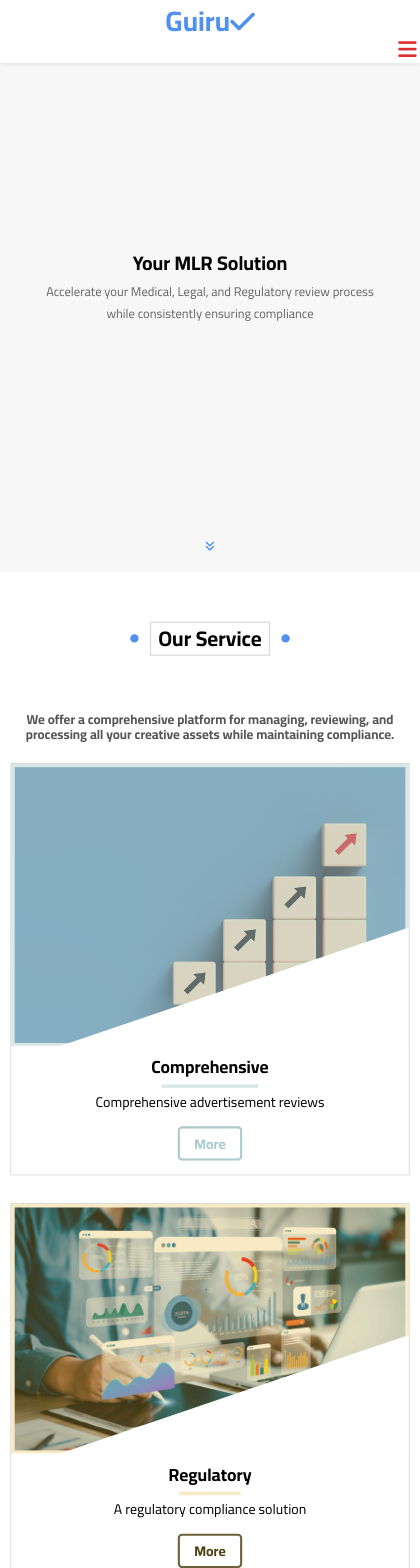
Repository: AsmaaAlothman/Templet-1-website
Page: home.html
An editor plug-in stored every save of this project. The page is shown before and after the next save, followed by the edit.
The browser window is 600 px wide. The pictures show the part of the page from y = 0 to 2240 px (the page is 5230 px tall before and 5200 px after), at 70% of full size.

Above is the page before, as saved 2024-08-31 13:53:00.

### home.html
<!DOCTYPE html>
<html lang="en">

<head>
    <meta charset="UTF-8" />
    <meta name="viewport" content="width=device-width, initial-scale=1.0" />
    <title>Guiru test</title>
    <!-- Render all elements normally-->
    <link rel="stylesheet" href="css/normalize.css" />
    <!-- Font Awesome library-->
    <link rel="stylesheet" href="css/all.min.css" />
    <link rel="preconnect" href="https://fonts.googleapis.com" />
    <!--Google Fonts Cairo-->
    <link href="https://fonts.googleapis.com/css2?family=Cairo:wght@200..1000&family=Work+Sans:ital,wght@0,100..900;1,100..900&display=swap" rel="stylesheet" />
    <!--Main template css file -->
    <link rel="stylesheet" href="css/home.css" />
</head>

<body>
    <!-- Start header -->
    <div class="header" id="header">
        <div class="container">

            <a href="#" class="logo"> Guiru <i class="fa-solid fa-check"></i></a>
            <label for="check" class="check-btn">
              <i class="fa-solid fa-bars"></i>
            </label>
            <ul class="main_nav">
                <li>
                    <a href="#partner_with_us" class="partner_with_us">partner with us</a>
                </li>
                <li><a href="#about-us">About Us</a></li>
                <li><a href="#contact-us">Contact Us</a></li>
                <li><a href="#login">Login</a></li>
                <li><a href="#home">Home</a></li>
            </ul>

        </div>
    </div>
    <!-- End header -->
    <!-- Start Landing -->
    <div class="landing">
        <div class="container">
            <div class="text">
                <h1>Your MLR Solution</h1>
                <p>
                    Accelerate your Medical, Legal, and Regulatory review process while consistently ensuring compliance
                </p>
            </div>
            <div class="image">
                <img src="images/landing_image2.jpg" alt="landing_image2" />
            </div>
        </div>
        <a href="#about-us" class="go_down">
            <i class="fa-solid fa-angles-down"></i>
        </a>
    </div>
    <!-- End Landing -->
    <!-- Start Service -->
    <div class="service" id="service">
        <h2 class="main-title">Our Service</h2>

        <h3>
            We offer a comprehensive platform for managing, reviewing, and processing all your creative assets while maintaining compliance.
        </h3>

        <div class="container">
            <div class="box comprehensive">
                <div class="img-holder">
                    <img src="images/service-image1.jpg" alt="" />
                </div>
                <h2>Comprehensive</h2>
                <p>Comprehensive advertisement reviews</p>
                <a href="#">More</a>
            </div>
            <div class="box regulatory">
                <div class="img-holder">
                    <img src="images/service-image2.jpg" alt="" />
                </div>
                <h2>Regulatory</h2>
                <p>A regulatory compliance solution</p>
                <a href="#">More</a>
            </div>
            <div class="box guidance">
                <div class="img-holder">
                    <img src="images/service-image3.jpg" alt="" />
                </div>
                <h2>Guidance</h2>
                <p>Guidance to improve advertisement effectiveness</p>
                <a href="#">More</a>
            </div>
        </div>
    </div>
    <!-- End service -->
    <!-- Start About US Section -->
    <div class="about-us" id="about-us">
        <div class="container">
            <h2 class="main-title">About Us</h2>
            <h3>
                At Guiru, we are dedicated to offering the best solutions for your MLR needs. Our team will ensure you campaigns meet all necessary regulations needs and achieve maximum impact.
            </h3>
            <div class="box">
                <div class="details">
                    <img src="images/about-us.png" alt="about-us" />
                </div>
            </div>
        </div>
    </div>
    <!-- End About US Section -->

    <!-- Start Our Value Section -->
    <div class="our-value" id="our-value">
        <h2 class="main-title">Our Value</h2>
        <div class="container">
            <img src="images/our-values.jpg" alt="" class="image" style="width: 600px; height: 400px" />
            <div class="info">
                <div class="box">
                    <img src="images/our-values2.png" alt="" />
                    <div class="text">
                        <h3>Integrity</h3>
                        <p>
                            We uphold the highest standards of integrity in all our actions.
                        </p>
                    </div>
                </div>
                <div class="box">
                    <img src="images/our-values3.png" alt="" />
                    <div class="text">
                        <h3>Excellence</h3>
                        <p>We strive for excellence in everything we do.</p>
                    </div>
                </div>
                <div class="box">
                    <img src="images/our-values4.png" alt="" />
                    <div class="text">
                        <h3>Innovation</h3>
                        <p>
                            We encourage innovation to meet challenges and improve our services.
                        </p>
                    </div>
                </div>
            </div>
        </div>
    </div>
    <!-- End Our value Section -->

    <!-- Start Footer -->
    <div class="footer" id="footer">
        <div class="container">
            <img src="images/logo-Guiru.png" alt="logo-footer" />
            <div class="footer-links">
                <a href="#about-us"><i class="fa-regular fa-address-card"> About Us </i></a
          >
          <a href="#contact-us"
            ><i class="fa-solid fa-headset"> Contact Us </i>
          </a>
                <a href="#privacy-policy"><i class="fa-solid fa-arrow-right-to-bracket"> Privacy Policy </i>
          </a>
            </div>
            <p class="copyright">
                &copy; 2024 <span>Guiru</span> All rights reserved.
            </p>
        </div>
    </div>
    <!-- End Footer -->
</body>

</html>

### css/home.css
/* Start global rules : */

* {
    -webkit-box-sizing: border-box;
    -moz-box-sizing: border-box;
    box-sizing: border-box;
    padding: 0px;
    margin: 0px;
}

html {
    scroll-behavior: smooth;
}

:root {
    --main-color: #4f91ed;
    --main-color-alt: #125bc2bd;
    --hover-main-color: #c5c9cf23;
    --icon-color-hover: #accef577;
    --main-transition: 0.3s;
    --main-padding-top: 70px;
    --main-padding-bottom: 70px;
    --second-section-background-color: #d2d7d831;
    --main-section-background-color: white;
    --footer-background-color: rgba(46, 69, 92, 0.486);
    --paragraph-text-color: #555;
    --main-box-shadow: 0 12px 20px 0 rgba(0, 0, 0, 0.048), 0 2px 4px 0 rgb(0 0 0/12%);
}

body {
    font-family: "Cairo", sans-serif;
    /* font-family: "Work Sans", sans-serif;*/
}

a {
    text-decoration: none;
}

ul {
    list-style: none;
}


/* End global rules  */

.parent {
    background-color: #eee;
}

.container {
    padding-left: 15px;
    padding-right: 15px;
    margin-left: auto;
    margin-right: auto;
    /* background-color: #ececec; */
}

img {
    /* padding-left: 15px;
    padding-right: 15px; */
    margin-left: auto;
    margin-right: auto;
    display: block;
    /* background-color: var(--main-color); */
}


/* Start media query  */

@media (min-width: 768px) {
    .container {
        width: 970px;
    }
}

@media (min-width: 992px) {
    .container {
        width: 970px;
    }
}

@media (min-width: 1200px) {
    .container {
        width: 1170px;
    }
}


/* End media query  */


/* Start Style Main title */

.main-title {
    margin: 0 auto 80px;
    border: 2px solid #e1dcdc;
    padding: 5px 10px;
    font-size: 30px;
    width: fit-content;
    position: relative;
    z-index: 1;
    transition: var(--main-transition);
}

.main-title::after,
.main-title::before {
    content: "";
    width: 12px;
    height: 12px;
    background-color: var(--main-color);
    position: absolute;
    border-radius: 50%;
    top: 50%;
    transform: translateY(-50%);
}

.main-title::after {
    right: -30px;
}

.main-title::before {
    left: -30px;
}

.main-title:hover::before {
    z-index: -1;
    animation: left-move 0.3s linear forwards;
}

.main-title:hover::after {
    z-index: -1;
    animation: right-move 0.3s linear forwards;
}

.main-title:hover {
    color: white;
    border: 2px solid white;
    transition-delay: 0.2s;
}


/* End Style Main title */


/* Start header */

.header {
    background-color: white;
    position: relative;
    -webkit-box-shadow: 0 0 10px#ddd;
    -moz-box-shadow: 0 0 10px#ddd;
    box-shadow: 0 0 10px#ddd;
}

.header .container {
    display: flex;
    background-color: white;
    justify-content: space-between;
    align-items: center;
    flex-wrap: wrap;
    position: relative;
}

.header .logo {
    color: var(--main-color);
    font-size: 40px;
    font-weight: bold;
    /*  height: 72px; للحفاظ على ارتفاع الهيدر حتى لو اختلف حجم المين  */
    height: 72px;
    display: flex;
    justify-content: center;
    align-items: center;
}


/* start responsive media for logo selector : */

@media (max-width: 767px) {
    .header .logo {
        width: 100%;
        height: 50px;
    }
}


/*end responsive media for logo selector : */

.header .main_nav {
    display: flex;
}


/* start responsive media for main_nav selector : */

.header .main_nav>li>a {
    height: 80px;
    letter-spacing: 2px;
    font-size: 20px;
    display: flex;
    justify-content: center;
    align-items: center;
    position: relative;
    color: black;
    padding: 0px 25px;
    transition: var(--main-transition);
    overflow: hidden;
}


/* start responsive media for li > a selector : */

@media (max-width: 767px) {
    .header .main_nav>li>a {
        padding: 10px;
        height: 40px;
        font-size: 14px;
    }
}

@media (max-width: 767px) {
    .header .main_nav {
        flex-direction: column;
        gap: 0;
        padding: 5px;
        margin: auto;
    }
}

.check-btn {
    font-size: 30px;
    color: rgb(223, 46, 46);
    cursor: pointer;
    display: none;
}

@media (max-width: 767px) {
    .check-btn {
        display: flex;
        po
        /* margin-bottom: 20px; */
    }
    .header .main_nav {
        display: none;
    }
    .header .container {
        display: flex;
        margin-right: 0;
        padding: 5px;
        justify-content: end;
    }
}


/* End header */


/* Start Landing */

.landing {
    position: relative;
    background-color: var(--second-section-background-color);
}

.landing .container {
    min-height: calc(100vh - 72px);
    display: flex;
    align-items: center;
    padding-bottom: 75px;
}

.landing .text {
    flex: 1;
}

@media (max-width: 991px) {
    .landing .text {
        text-align: center;
    }
}

.landing .text h1 {
    font-size: 37px;
    margin: 0;
    letter-spacing: 0px;
}


/*start response mobile screen size */

@media (max-width: 767px) {
    .landing .text h1 {
        font-size: 28px;
    }
}


/*end response mobile screen size */

.landing .text p {
    font-size: 22px;
    margin: 5px 0 0;
    line-height: 1.7;
    color: #666;
    max-width: 500px;
}

@media (max-width: 991px) {
    .landing .text p {
        margin: 10px auto;
    }
}


/*start response mobile screen size */

@media (max-width: 767px) {
    .landing .text p {
        font-size: 18px;
    }
}


/*end response mobile screen size */

.landing .image img {
    position: relative;
    width: 400px;
    /* وحطينا زمن 5 ثواني يروح ويرجع up-and-down الانيميشن هون سميتو ع كيفي  */
    /* الانيميشن بعتمد عالبوزشن لازم يكون ريليتف */
    /* بننزل بننشئ الانيميشن تحت بنفس هاد الاسم  */
    animation: up-and-down 5s linear infinite;
}

@media (max-width: 991px) {
    .landing .image {
        display: none;
    }
}

.landing .go_down {
    color: var(--main-color);
    position: absolute;
    bottom: 30px;
    left: 50%;
    transform: translateX(-50%);
    transition: var(--main-transition);
}

.landing .go_down:hover {
    color: var(--main-color-alt);
}

.landing .go_down i {
    animation: bouncing 1.5s infinite;
}


/* End landing */


/* Start service */

.service {
    padding-top: var(--main-padding-top);
    padding-bottom: var(--main-padding-bottom);
    position: relative;
    background-color: var(--main-section-background-color);
}

.service .container {
    display: grid;
    grid-template-columns: repeat(auto-fill, minmax(300px, 1fr));
    gap: 40px;
}

.service h3 {
    color: var(--paragraph-text-color);
    display: block;
    padding-bottom: 30px;
    max-width: 100%;
    text-align: center;
    margin: auto;
}

.service .box {
    text-align: center;
    border: 1px solid #ccc;
}

.service .container .img-holder {
    position: relative;
    overflow: hidden;
}

.service .container .img-holder::before {
    content: "";
    position: absolute;
    top: -1px;
    left: 0;
    height: 100%;
    width: 100%;
    /* background-color: #b657e257; */
}

.service .container .img-holder::after {
    content: "";
    position: absolute;
    bottom: 0;
    right: 0;
    border-style: solid;
    border-width: 0 0 170px 500px;
    border-color: transparent transparent white transparent;
    transition: var(--main-transition);
}

.service .container .img-holder img {
    max-width: 100%;
    padding: 5px;
}

.service .box:hover .img-holder::after {
    border-width: 0 465px 0 0;
}

.service .box h2 {
    position: relative;
    font-size: 25px;
    margin: 15px auto;
    width: fit-content;
}

.service .box h2::after {
    content: "";
    position: absolute;
    bottom: -15px;
    left: 15px;
    height: 5px;
    width: calc(100% - 30px);
    /* background-color: red; */
}

.service .box p {
    line-height: 2;
    font-size: 20px;
    color: var(--paragraph-color);
    margin: 15px 15px;
    padding: 0;
}

.service .box a {
    display: block;
    border: 3px solid transparent;
    width: fit-content;
    margin: 0 auto 20px;
    font-size: 20px;
    font-weight: bold;
    padding: 10px 20px;
    border-radius: 6px;
    transition: var(--main-transition);
}

.service .box:hover a {
    background-position: left bottom;
    color: rgb(39, 37, 37);
}


/*اللي فوق الصورة overlayهاد الجزء الخاص بال    */

.service .comprehensive .img-holder::before {
    background-color: #aacacb75;
}


/* comprehensive  /guidance /regulatory هاد لون الباك جراوند اللي تحت الهيدر تبع القسم يعني تحت كلمة  */

.service .comprehensive h2::after {
    background-color: #aacacb75;
}

.service .comprehensive a {
    color: #aacacb;
    border-color: #aacacb;
    background: linear-gradient(to right, #aacacb75 50%, white 50%);
    background-size: 200% 100%;
    background-position: right bottom;
}


/* ---------------------------------- */

.service .regulatory .img-holder::before {
    background-color: #e0ad1f41;
}

.service .regulatory h2::after {
    background-color: #e0ad1f41;
}

.service .regulatory a {
    color: #503f10;
    border-color: #6e6039;
    background: linear-gradient(to right, #e0ad1f41 50%, white 50%);
    background-size: 200% 100%;
    background-position: right bottom;
}


/* ---------------------------------- */

.service .guidance .img-holder::before {
    background-color: #b7cc8c71;
}

.service .guidance h2::after {
    background-color: #b7cc8c71;
}

.service .guidance a {
    color: #b7cc8c;
    border-color: #b7cc8c;
    background: linear-gradient(to right, #b7cc8c71 50%, white 50%);
    background-size: 200% 100%;
    background-position: right bottom;
}


/* End service */


/* Start About us Section */

.about-us {
    position: relative;
    padding-top: var(--main-padding-top);
    padding-bottom: var(--main-padding-bottom);
    background-color: var(--second-section-background-color);
}

.about-us .container {
    display: flex;
    align-items: center;
    flex-wrap: wrap;
    position: relative;
}

.about-us .container .box {
    display: grid;
    margin: auto;
    grid-template-columns: repeat(auto-fill, minmax(450px, 0fr));
    gap: 10px;
    padding: 5px;
    max-width: fit-content;
    background-color: transparent;
    border-radius: 6px;
    box-shadow: 0 12px 20px 0 rgb(0 0 0/13%), 0 2px 4px 0 rgb(0 0 0/12%);
}

.about-us .container .box img {
    max-width: 60%;
    transition: var(--main-transition);
    border-radius: 6px;
}

@media (max-width: 767px) {
    .about-us .container .box img {
        max-width: 60%;
        transition: var(--main-transition);
        border-radius: 6px;
        margin-left: 40px;
    }
}

.about-us .container .box img:hover {
    transform: rotate(2deg) scale(1);
    transition-duration: 1s;
}

.about-us .container h3 {
    color: var(--paragraph-text-color);
    display: block;
    padding-bottom: 30px;
    max-width: 100%;
    text-align: center;
    margin: auto;
}


/* End About us Section */


/* Start Our value Section */

.our-value {
    padding-top: var(--main-padding-top);
    padding-bottom: var(--main-padding-bottom);
    position: relative;
    background-color: var(--section-background-color);
}

.our-value .container {
    display: flex;
    align-items: center;
    justify-content: space-between;
}

@media (max-width: 991px) {
    .our-value .container {
        flex-direction: column;
    }
}

.our-value .container .image {
    max-width: 100%;
    margin-right: 70px;
}

@media (max-width: 991px) {
    .our-value .image {
        margin: 0 0 50px;
    }
}

@media (max-width: 767px) {
    .our-value .container .image {
        display: none;
    }
}

.our-value .info .box {
    background-color: #8d9cb138;
    padding: 20px 15px;
    margin-bottom: 20px;
    border-radius: 6px;
    display: flex;
    align-items: center;
    border: 3px solid white;
    position: relative;
    z-index: 1;
}

@media (max-width: 991px) {
    .our-value .info .box {
        flex-direction: column;
        text-align: center;
    }
}

.our-value .info .box::before {
    content: "";
    position: absolute;
    background-color: rgba(131, 181, 209, 0.26);
    left: 50%;
    top: 50%;
    height: 0;
    width: 0;
    transform: translate(-50%, -50%);
    z-index: -1;
    transition: var(--main-transition);
}

.our-value .info .box:hover:before {
    height: 100%;
    width: 100%;
}

.our-value .info .box img {
    width: 120px;
    margin-left: 0;
    padding: 5px;
    border-radius: 15px;
}

@media (max-width: 991px) {
    .our-value .info .box img {
        margin: 0 0 30px;
    }
}

.our-value .container .info .box .text {
    padding: 0px 5px 0px 15px;
}

.our-value .container .info .box h3 {
    font-size: 20px;
    padding-bottom: 5px;
    margin: 0;
}

.our-value .container .info .box p {
    line-height: 1.7;
    color: var(--paragraph-color);
    margin: 10px 0 0;
    font-size: 18px;
}


/* End Our value Section */


/* Start Footer  */

.footer {
    padding-top: 50px;
    padding-bottom: 50px;
    background-color: var(--footer-background-color);
    position: relative;
    color: white;
    text-align: center;
}

.footer .container img {
    width: 200px;
}

.footer .footer-links {
    max-width: 100%;
    padding-top: 15px;
    display: flex;
    margin: 40px 0 20px;
    gap: 25px;
    justify-content: center;
    align-items: center;
    position: relative;
}

@media (max-width: 767px) {
    .footer .footer-links {
        padding-top: 10px;
        display: grid;
        margin: 30px 0 20px;
        gap: 30px;
        justify-content: center;
        align-items: center;
    }
}

.footer .footer-links a {
    display: block;
    font-size: 13px;
    letter-spacing: 4px;
    color: #0c4597c2;
    text-shadow: 0px 1px 7px white;
    border-bottom: 3px solid rgba(58, 79, 148, 0.918);
    border-radius: 6px;
    padding: 10px;
}

.footer .footer-links a:hover {
    font-weight: bolder;
    color: white;
    border: none;
    background-color: rgba(78, 107, 134, 0.37);
    box-shadow: var(--main-box-shadow);
    transition: var(--main-transition);
}

.footer .container {
    position: relative;
    max-width: 100%;
    max-height: 100%;
}

.footer .copyright {
    margin-top: 60px;
    padding: 20px;
}

.footer .copyright span {
    font-weight: bold;
    font-size: 20px;
    color: var(--main-color-alt);
}


/* End Footer  */


/* Start Create Animation  */

@keyframes up-and-down {
    0%,
    100% {
        top: 0;
    }
    50% {
        top: -50px;
    }
}

@keyframes left-move {
    50% {
        left: 0;
        width: 12px;
        height: 12px;
    }
    100% {
        left: 0;
        border-radius: 0;
        width: 100%;
        height: 100%;
    }
}

@keyframes right-move {
    50% {
        right: 0;
        width: 12px;
        height: 12px;
    }
    100% {
        right: 0;
        border-radius: 0;
        width: 100%;
        height: 100%;
    }
}


/* Start Create Animation  */

@keyframes up-and-down {
    0%,
    100% {
        top: 0;
    }
    50% {
        top: -50px;
    }
}

@keyframes left-move {
    50% {
        left: 0;
        width: 12px;
        height: 12px;
    }
    100% {
        left: 0;
        border-radius: 0;
        width: 100%;
        height: 100%;
    }
}

@keyframes right-move {
    50% {
        right: 0;
        width: 12px;
        height: 12px;
    }
    100% {
        right: 0;
        border-radius: 0;
        width: 100%;
        height: 100%;
    }
}


/* End Create Animation */

Loaded but not shown: css/normalize.css (library); css/all.min.css (library)

After the next save:
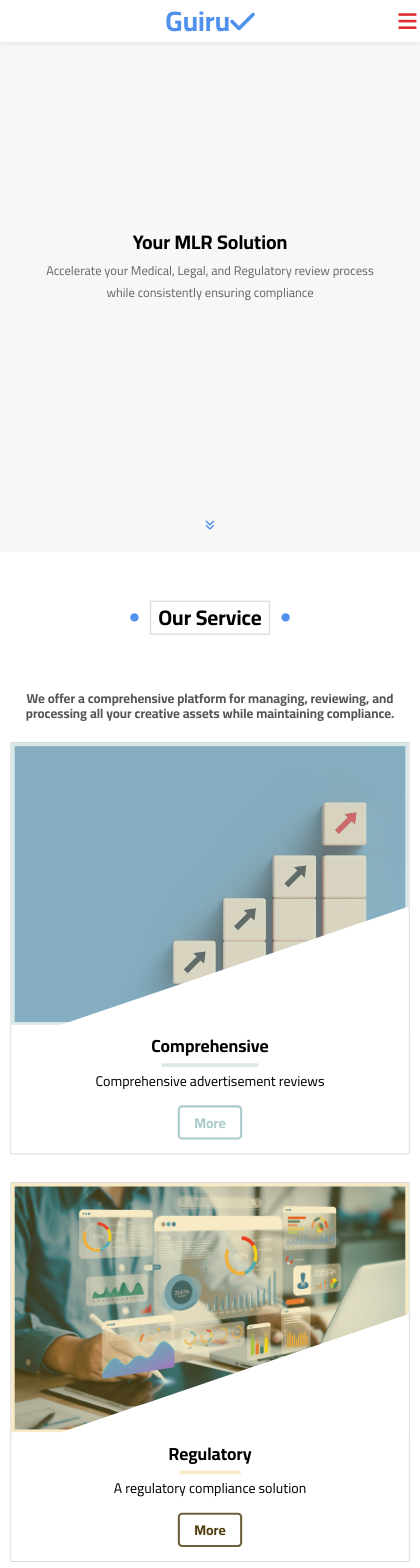
Saved 4 s later.
--- a/css/home.css
+++ b/css/home.css
@@ -236,7 +236,7 @@ img {
 @media (max-width: 767px) {
     .check-btn {
         display: flex;
-        po
+        position: absolute;
         /* margin-bottom: 20px; */
     }
     .header .main_nav {
